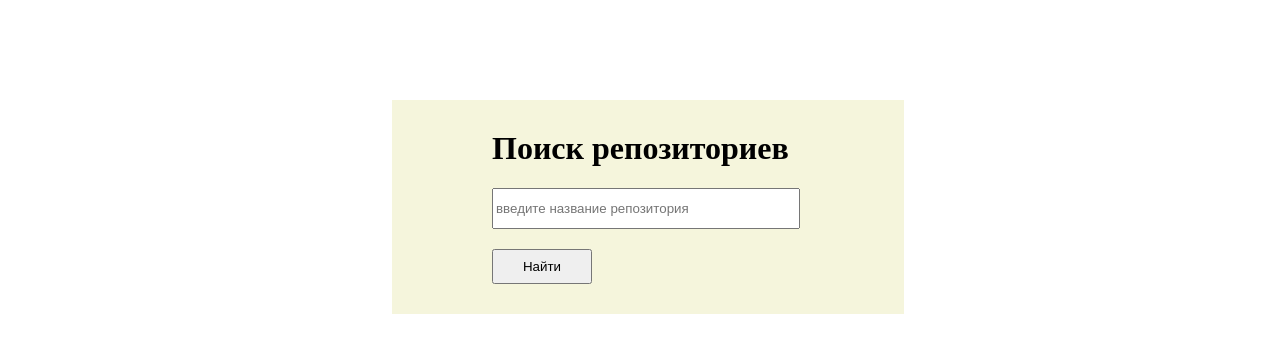
Repository: Grid-Master/repositoriesSearch
Page: index.html
An editor plug-in stored every save of this project. The page is shown before and after the next save, followed by the edit.
The browser window is 1280 px wide. The pictures show the whole page.

Above is the page before, as saved 2023-03-06 01:06:07.

### index.html
<!DOCTYPE html>
<html lang="en">
  <head>
    <meta charset="UTF-8" />
    <meta http-equiv="X-UA-Compatible" content="IE=edge" />
    <meta name="viewport" content="width=device-width, initial-scale=1.0" />
    <title>git</title>
    <style>
      form {
        margin: 100px;
        margin-bottom: 0;
      }
      button {
        width: 100px;
        height: 35px;
      }
      input {
        width: 300px;
        height: 35px;
        margin-bottom: 20px;
        margin-right: 30px;
      }
      ul {
        margin: 100px;
        margin-top: 0;
        display: flex;
        flex-direction: column;
        padding: 0;
        padding-bottom: 30px;
      }
      ul a {
        margin-top: 10px;
        text-decoration: none;
        font-size: 20px;
      }
      ul a:hover {
        background-color: aqua;
      }

      div {
        width: 40vw;
        background-color: beige;
        margin-left: 30vw;
        margin-right: 30vw;
      }
      h1 {
        padding-top: 30px;
      }
    </style>
  </head>
  <body>
    <div>
      <form id="form" onsubmit="searchRepositories(); return false">
        <h1>Поиск репозиториев</h1>
        <input id="reposName" type="text" placeholder="введите название репозитория" />
        <button type="submit">Найти</button>
      </form>
      <ul id="list"></ul>
    </div>
    <script src="./script.js"></script>
  </body>
</html>

### script.js
let repositories = [];

async function getRepositories() {
  let response = await fetch(`https://api.github.com/repositories`);
  repositories = await response.json();
}

async function searchRepositories() {
  let name = document.getElementById('reposName').value;
  let list = document.getElementById('list');
  let repositoriesNames = [];

  list.innerHTML = null;

  if (name) {
    await getRepositories();
    repositories.map((repository) => repositoriesNames.push(repository.name));
    console.log(repositories);
    for (let i = 0; i < repositories.length; i++) {
      if (list.childNodes.length == 20) {
        break;
      } else if (repositoriesNames[i].toLowerCase().includes(name)) {
        let li = document.createElement('li');
        let link = document.createElement('a');
        link.setAttribute('href', repositories[i].html_url);
        link.setAttribute('target', '_blank');
        link.innerText = `Репозиторий - ${repositoriesNames[i]}`;
        li.innerHTML = link;
        list.append(link, `Id - ${repositories[i].id}  Создатель - ${repositories[i].owner.login}`);
      }
    }
    if (!list.hasChildNodes()) {
      list.append('Ошибка. Ничего не найдено');
    }
    document.getElementById('reposName').value = '';
  }
}

After the next save:
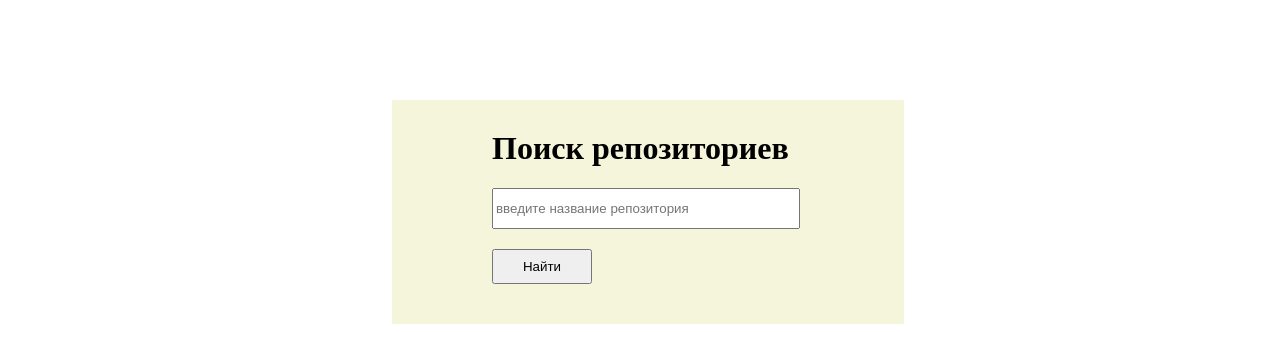
Saved 18 s later.
--- a/index.html
+++ b/index.html
@@ -13,6 +13,7 @@
       button {
         width: 100px;
         height: 35px;
+        margin-bottom: 10px;
       }
       input {
         width: 300px;
